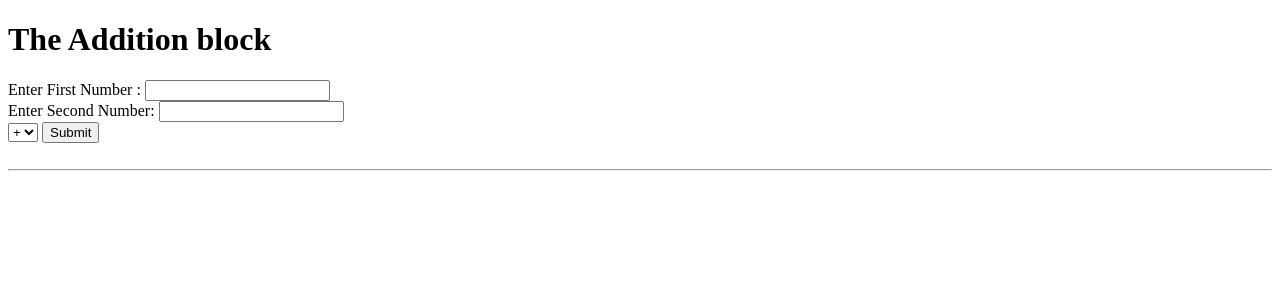
Repository: kunalquantum/jsp2
Page: demoApp/src/main/webapp/index2.html
The author's editor kept a copy of each file at every save. The page is drawn from the files as they stood at one save, then again after the next save.
The browser window is 1280 px wide. The pictures show the whole page.

Above is the page before, as saved 2024-06-12 07:23:27.

### demoApp/src/main/webapp/index2.html
<!DOCTYPE html>
<html>
<head>
<meta charset="UTF-8">
<title>Form page</title>
</head>
<body>

<h1>The Addition block</h1>
<form action ="add" method="Get">

Enter First Number : <input type="text" name="num1"><br>
Enter Second Number: <input type="text" name="num2"><br>

<select name="operation">
            <option value="+">+</option>
            <option value="-">-</option>
            <option value="*">*</option>
            <option value="/">/</option>
</select>


<input type="submit"><br>

</form>
<br>
<hr>




</body>
</html>

After the next save:
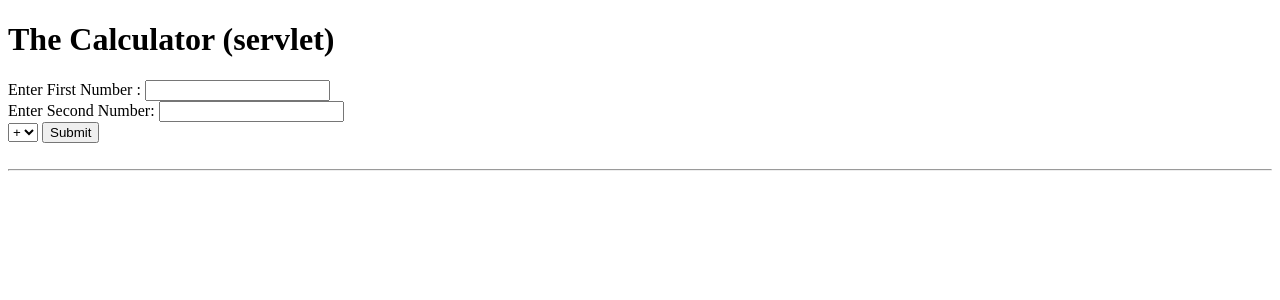
Saved 45 s later.
--- a/demoApp/src/main/webapp/index2.html
+++ b/demoApp/src/main/webapp/index2.html
@@ -6,7 +6,7 @@
 </head>
 <body>
 
-<h1>The Addition block</h1>
+<h1>The Calculator (servlet)</h1>
 <form action ="add" method="Get">
 
 Enter First Number : <input type="text" name="num1"><br>
